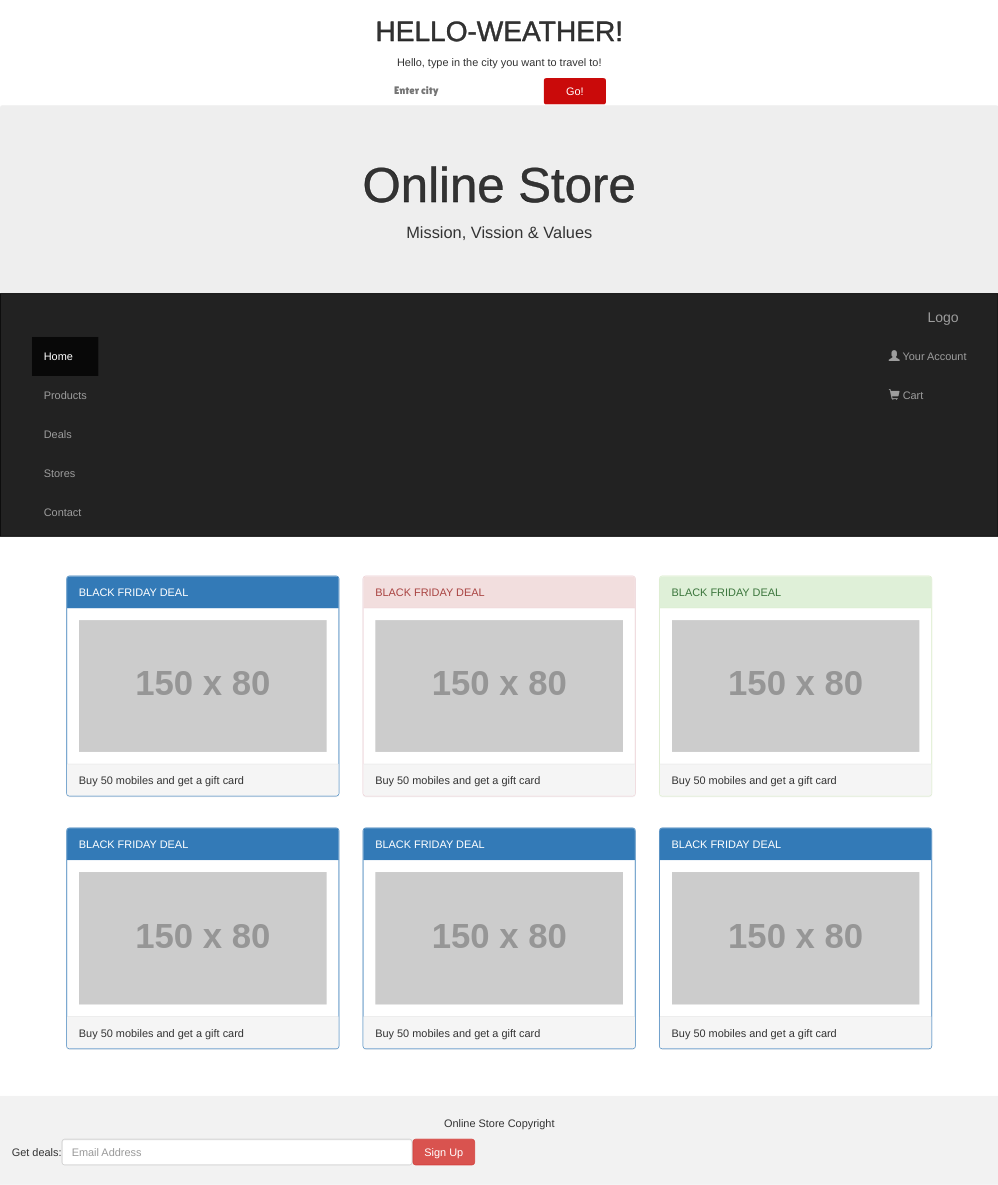
Repository: Jazinha/Hello-kitty-weather
Page: index.html
These files come from the project's save history. The page is drawn as it stood at one moment and after the next save; the edit follows.
The browser window is 1280 px wide. The pictures show the whole page, at 78% of full size.
Some web libraries are served in a nearby version.

Above is the page before, as saved 2023-02-07 22:15:40.

### index.html
<!DOCTYPE html>
<html>

<head>
    <title>Hello-Weather!</title>
    <meta charset="utf-8">

    <link rel="preconnect" href="https://fonts.googleapis.com">
    <link rel="preconnect" href="https://fonts.gstatic.com" crossorigin>
    <link href="https://fonts.googleapis.com/css2?family=Itim&family=Lilita+One&display=swap" rel="stylesheet">
    <link rel="stylesheet" href="https://cdn.jsdelivr.net/npm/bootstrap@4.0.0/dist/css/bootstrap.min.css"
        integrity="sha384-Gn5384xqQ1aoWXA+058RXPxPg6fy4IWvTNh0E263XmFcJlSAwiGgFAW/dAiS6JXm" crossorigin="anonymous">
    <link rel="stylesheet" href="style.css">
</head>

<body>
    <div class="container-landing">
        <div id="home" class="flex-column flex-center"></div>
        <h1>HELLO-WEATHER!</h1>
        <p>Hello, type in the city you want to travel to!</p>
        <input id="initial" type="text" placeholder="Enter city">
        <a href="" class="btn">Go! </a>
    </div>

    <div class="container">
        <div class="row">
            <div class="col-4">

            </div>

            <div class="col-8">
                <div class="row">
                    <!-- <div class="today-weather">
                        <h2 id="city-name"></h2>
                        <p id="temperature"></p>
                        <p id="wind"></p>
                        <p id="humindity"></p>
                    </div> -->
                </div>
            </div>
        </div>
    </div>
    <!DOCTYPE html>
    <html lang="en">
    <head>
      <title>Bootstrap Example</title>
      <meta charset="utf-8">
      <meta name="viewport" content="width=device-width, initial-scale=1">
      <link rel="stylesheet" href="https://maxcdn.bootstrapcdn.com/bootstrap/3.4.1/css/bootstrap.min.css">
      <script src="https://ajax.googleapis.com/ajax/libs/jquery/3.6.1/jquery.min.js"></script>
      <script src="https://maxcdn.bootstrapcdn.com/bootstrap/3.4.1/js/bootstrap.min.js"></script>
      <style>
        /* Remove the navbar's default rounded borders and increase the bottom margin */
        .navbar {
          margin-bottom: 50px;
          border-radius: 0;
        }

        /* Remove the jumbotron's default bottom margin */
         .jumbotron {
          margin-bottom: 0;
        }

        /* Add a gray background color and some padding to the footer */
        footer {
          background-color: #f2f2f2;
          padding: 25px;
        }
      </style>
    </head>
    <body>

    <div class="jumbotron">
      <div class="container text-center">
        <h1>Online Store</h1>
        <p>Mission, Vission & Values</p>
      </div>
    </div>

    <nav class="navbar navbar-inverse">
      <div class="container-fluid">
        <div class="navbar-header">
          <button type="button" class="navbar-toggle" data-toggle="collapse" data-target="#myNavbar">
            <span class="icon-bar"></span>
            <span class="icon-bar"></span>
            <span class="icon-bar"></span>
          </button>
          <a class="navbar-brand" href="#">Logo</a>
        </div>
        <div class="collapse navbar-collapse" id="myNavbar">
          <ul class="nav navbar-nav">
            <li class="active"><a href="#">Home</a></li>
            <li><a href="#">Products</a></li>
            <li><a href="#">Deals</a></li>
            <li><a href="#">Stores</a></li>
            <li><a href="#">Contact</a></li>
          </ul>
          <ul class="nav navbar-nav navbar-right">
            <li><a href="#"><span class="glyphicon glyphicon-user"></span> Your Account</a></li>
            <li><a href="#"><span class="glyphicon glyphicon-shopping-cart"></span> Cart</a></li>
          </ul>
        </div>
      </div>
    </nav>

    <div class="container">
      <div class="row">
        <div class="col-sm-4">
          <div class="panel panel-primary">
            <div class="panel-heading">BLACK FRIDAY DEAL</div>
            <div class="panel-body"><img src="https://placehold.it/150x80?text=IMAGE" class="img-responsive" style="width:100%" alt="Image"></div>
            <div class="panel-footer">Buy 50 mobiles and get a gift card</div>
          </div>
        </div>
        <div class="col-sm-4">
          <div class="panel panel-danger">
            <div class="panel-heading">BLACK FRIDAY DEAL</div>
            <div class="panel-body"><img src="https://placehold.it/150x80?text=IMAGE" class="img-responsive" style="width:100%" alt="Image"></div>
            <div class="panel-footer">Buy 50 mobiles and get a gift card</div>
          </div>
        </div>
        <div class="col-sm-4">
          <div class="panel panel-success">
            <div class="panel-heading">BLACK FRIDAY DEAL</div>
            <div class="panel-body"><img src="https://placehold.it/150x80?text=IMAGE" class="img-responsive" style="width:100%" alt="Image"></div>
            <div class="panel-footer">Buy 50 mobiles and get a gift card</div>
          </div>
        </div>
      </div>
    </div><br>

    <div class="container">
      <div class="row">
        <div class="col-sm-4">
          <div class="panel panel-primary">
            <div class="panel-heading">BLACK FRIDAY DEAL</div>
            <div class="panel-body"><img src="https://placehold.it/150x80?text=IMAGE" class="img-responsive" style="width:100%" alt="Image"></div>
            <div class="panel-footer">Buy 50 mobiles and get a gift card</div>
          </div>
        </div>
        <div class="col-sm-4">
          <div class="panel panel-primary">
            <div class="panel-heading">BLACK FRIDAY DEAL</div>
            <div class="panel-body"><img src="https://placehold.it/150x80?text=IMAGE" class="img-responsive" style="width:100%" alt="Image"></div>
            <div class="panel-footer">Buy 50 mobiles and get a gift card</div>
          </div>
        </div>
        <div class="col-sm-4">
          <div class="panel panel-primary">
            <div class="panel-heading">BLACK FRIDAY DEAL</div>
            <div class="panel-body"><img src="https://placehold.it/150x80?text=IMAGE" class="img-responsive" style="width:100%" alt="Image"></div>
            <div class="panel-footer">Buy 50 mobiles and get a gift card</div>
          </div>
        </div>
      </div>
    </div><br><br>

    <footer class="container-fluid text-center">
      <p>Online Store Copyright</p>
      <form class="form-inline">Get deals:
        <input type="email" class="form-control" size="50" placeholder="Email Address">
        <button type="button" class="btn btn-danger">Sign Up</button>
      </form>
    </footer>

    </body>
    </html>
    <script src="https://code.jquery.com/jquery-3.2.1.slim.min.js"
        integrity="sha384-KJ3o2DKtIkvYIK3UENzmM7KCkRr/rE9/Qpg6aAZGJwFDMVNA/GpGFF93hXpG5KkN"
        crossorigin="anonymous"></script>
    <script src="https://cdn.jsdelivr.net/npm/popper.js@1.12.9/dist/umd/popper.min.js"
        integrity="sha384-ApNbgh9B+Y1QKtv3Rn7W3mgPxhU9K/ScQsAP7hUibX39j7fakFPskvXusvfa0b4Q"
        crossorigin="anonymous"></script>
    <script src="https://cdn.jsdelivr.net/npm/bootstrap@4.0.0/dist/js/bootstrap.min.js"
        integrity="sha384-JZR6Spejh4U02d8jOt6vLEHfe/JQGiRRSQQxSfFWpi1MquVdAyjUar5+76PVCmYl"
        crossorigin="anonymous"></script>
    <script src="script.js"></script>
</body>

</html>

### style.css
body {
    background-color: rgb(75, 202, 230);
    font-size: 25px;
    font-family: 'Itim', cursive;;
}

.container-landing {
    text-align: center;
    justify-content: center;
    /* background-image: ; */
}

h1 {
    font-size: 120px;
    font-family: 'Lilita One', cursive;
    color: rgb(202, 10, 10);
    -webkit-text-stroke: .5px black;
}

#initial {
    font-family: 'Lilita One', cursive;
    width: 190px;
    height: 33px;
    padding: 0px 2px;
    border: none;
}

.btn {
    border: 0;
    padding: 0px 20px;
    padding-top: 4px;
    padding-bottom: 7px;
    font-size: 20px;
    background-color:rgb(202, 10, 10);
    width: 80px;
    border-radius: 20px;
    color: #ffffff;
    text-align: center;
    text-decoration: none;
}


.btn:hover {
    background-color: rgb(217, 75, 98);
  }


/*This is for the forecast.html */


/* This code will do the magic. */
.days-week {
    display: flex;
    flex-flow: row wrap;
  }

  /* This code is just to style the inner div elements. */
  .day-week > div {
    background-color: #f1f1f1;
    width: 100px;
    margin: 10px;
    text-align: center;
    line-height: 75px;
    font-size: 30px;
  }

Loaded but not shown: script.js (no stored copy; drawn as an empty file)

After the next save:
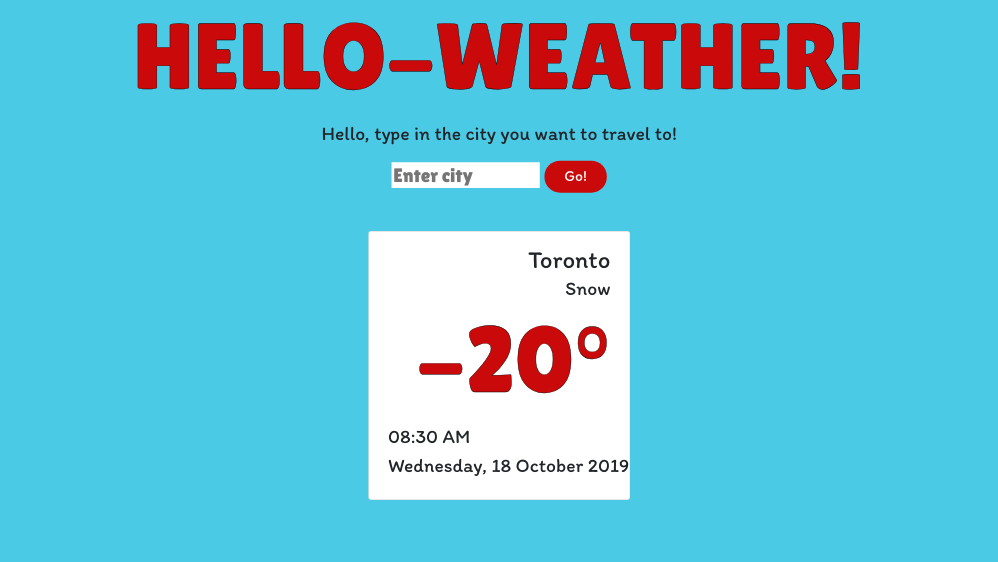
Saved 7 min 35 s later.
--- a/index.html
+++ b/index.html
@@ -40,131 +40,19 @@
             </div>
         </div>
     </div>
-    <!DOCTYPE html>
-    <html lang="en">
-    <head>
-      <title>Bootstrap Example</title>
-      <meta charset="utf-8">
-      <meta name="viewport" content="width=device-width, initial-scale=1">
-      <link rel="stylesheet" href="https://maxcdn.bootstrapcdn.com/bootstrap/3.4.1/css/bootstrap.min.css">
-      <script src="https://ajax.googleapis.com/ajax/libs/jquery/3.6.1/jquery.min.js"></script>
-      <script src="https://maxcdn.bootstrapcdn.com/bootstrap/3.4.1/js/bootstrap.min.js"></script>
-      <style>
-        /* Remove the navbar's default rounded borders and increase the bottom margin */
-        .navbar {
-          margin-bottom: 50px;
-          border-radius: 0;
-        }
 
-        /* Remove the jumbotron's default bottom margin */
-         .jumbotron {
-          margin-bottom: 0;
-        }
-
-        /* Add a gray background color and some padding to the footer */
-        footer {
-          background-color: #f2f2f2;
-          padding: 25px;
-        }
-      </style>
-    </head>
-    <body>
-
-    <div class="jumbotron">
-      <div class="container text-center">
-        <h1>Online Store</h1>
-        <p>Mission, Vission & Values</p>
-      </div>
+    <div class="container-fluid px-1 px-md-4 py-5 mx-auto">
+        <div class="row d-flex justify-content-center px-3">
+            <div class="card">
+                <h2 class="ml-auto mr-4 mt-3 mb-0">Toronto</h2>
+                <p class="ml-auto mr-4 mb-0 med-font">Snow</p>
+                <h1 class="ml-auto mr-4 large-font">-20&#176;</h1>
+                <p class="time-font mb-0 ml-4 mt-auto">08:30 <span class="sm-font">AM</span></p>
+                <p class="ml-4 mb-4">Wednesday, 18 October 2019</p>
+            </div>
+        </div>
     </div>
 
-    <nav class="navbar navbar-inverse">
-      <div class="container-fluid">
-        <div class="navbar-header">
-          <button type="button" class="navbar-toggle" data-toggle="collapse" data-target="#myNavbar">
-            <span class="icon-bar"></span>
-            <span class="icon-bar"></span>
-            <span class="icon-bar"></span>
-          </button>
-          <a class="navbar-brand" href="#">Logo</a>
-        </div>
-        <div class="collapse navbar-collapse" id="myNavbar">
-          <ul class="nav navbar-nav">
-            <li class="active"><a href="#">Home</a></li>
-            <li><a href="#">Products</a></li>
-            <li><a href="#">Deals</a></li>
-            <li><a href="#">Stores</a></li>
-            <li><a href="#">Contact</a></li>
-          </ul>
-          <ul class="nav navbar-nav navbar-right">
-            <li><a href="#"><span class="glyphicon glyphicon-user"></span> Your Account</a></li>
-            <li><a href="#"><span class="glyphicon glyphicon-shopping-cart"></span> Cart</a></li>
-          </ul>
-        </div>
-      </div>
-    </nav>
-
-    <div class="container">
-      <div class="row">
-        <div class="col-sm-4">
-          <div class="panel panel-primary">
-            <div class="panel-heading">BLACK FRIDAY DEAL</div>
-            <div class="panel-body"><img src="https://placehold.it/150x80?text=IMAGE" class="img-responsive" style="width:100%" alt="Image"></div>
-            <div class="panel-footer">Buy 50 mobiles and get a gift card</div>
-          </div>
-        </div>
-        <div class="col-sm-4">
-          <div class="panel panel-danger">
-            <div class="panel-heading">BLACK FRIDAY DEAL</div>
-            <div class="panel-body"><img src="https://placehold.it/150x80?text=IMAGE" class="img-responsive" style="width:100%" alt="Image"></div>
-            <div class="panel-footer">Buy 50 mobiles and get a gift card</div>
-          </div>
-        </div>
-        <div class="col-sm-4">
-          <div class="panel panel-success">
-            <div class="panel-heading">BLACK FRIDAY DEAL</div>
-            <div class="panel-body"><img src="https://placehold.it/150x80?text=IMAGE" class="img-responsive" style="width:100%" alt="Image"></div>
-            <div class="panel-footer">Buy 50 mobiles and get a gift card</div>
-          </div>
-        </div>
-      </div>
-    </div><br>
-
-    <div class="container">
-      <div class="row">
-        <div class="col-sm-4">
-          <div class="panel panel-primary">
-            <div class="panel-heading">BLACK FRIDAY DEAL</div>
-            <div class="panel-body"><img src="https://placehold.it/150x80?text=IMAGE" class="img-responsive" style="width:100%" alt="Image"></div>
-            <div class="panel-footer">Buy 50 mobiles and get a gift card</div>
-          </div>
-        </div>
-        <div class="col-sm-4">
-          <div class="panel panel-primary">
-            <div class="panel-heading">BLACK FRIDAY DEAL</div>
-            <div class="panel-body"><img src="https://placehold.it/150x80?text=IMAGE" class="img-responsive" style="width:100%" alt="Image"></div>
-            <div class="panel-footer">Buy 50 mobiles and get a gift card</div>
-          </div>
-        </div>
-        <div class="col-sm-4">
-          <div class="panel panel-primary">
-            <div class="panel-heading">BLACK FRIDAY DEAL</div>
-            <div class="panel-body"><img src="https://placehold.it/150x80?text=IMAGE" class="img-responsive" style="width:100%" alt="Image"></div>
-            <div class="panel-footer">Buy 50 mobiles and get a gift card</div>
-          </div>
-        </div>
-      </div>
-    </div><br><br>
-
-    <footer class="container-fluid text-center">
-      <p>Online Store Copyright</p>
-      <form class="form-inline">Get deals:
-        <input type="email" class="form-control" size="50" placeholder="Email Address">
-        <button type="button" class="btn btn-danger">Sign Up</button>
-      </form>
-    </footer>
-
-    </body>
-    </html>
     <script src="https://code.jquery.com/jquery-3.2.1.slim.min.js"
         integrity="sha384-KJ3o2DKtIkvYIK3UENzmM7KCkRr/rE9/Qpg6aAZGJwFDMVNA/GpGFF93hXpG5KkN"
         crossorigin="anonymous"></script>
